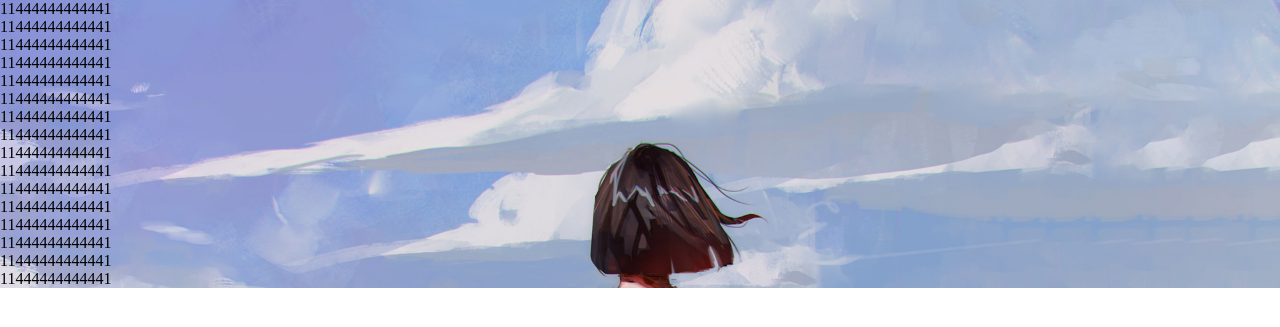
Repository: hnwj/big-event
Page: /reg
These files come from the project's save history. The page is drawn as it stood at one moment and after the next save; the edit follows.
The browser window is 1280 px wide. The pictures show the whole page.
The project was rebuilt for these pictures with package versions that can differ from the ones it lists, and the page was loaded fresh each time. Also part of the build but not shown: vue.config.js, src/views/login.vue.

Above is the page before, as saved 2023-03-18 21:18:18.

After the next save:
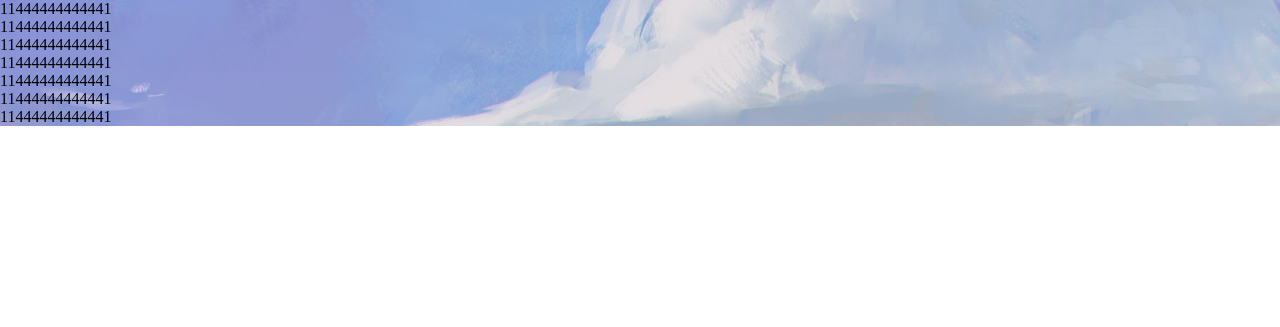
Saved 45 s later.
--- a/src/views/register.vue
+++ b/src/views/register.vue
@@ -2,15 +2,6 @@
   <!-- 注册整体盒子 -->
   <div class="reg-container">
     <div class="reg-box">
-      <div class="title-box">11444444444441</div>
-      <div class="title-box">11444444444441</div>
-      <div class="title-box">11444444444441</div>
-      <div class="title-box">11444444444441</div>
-      <div class="title-box">11444444444441</div>
-      <div class="title-box">11444444444441</div>
-      <div class="title-box">11444444444441</div>
-      <div class="title-box">11444444444441</div>
-      <div class="title-box">11444444444441</div>
       <div class="title-box">11444444444441</div>
       <div class="title-box">11444444444441</div>
       <div class="title-box">11444444444441</div>
